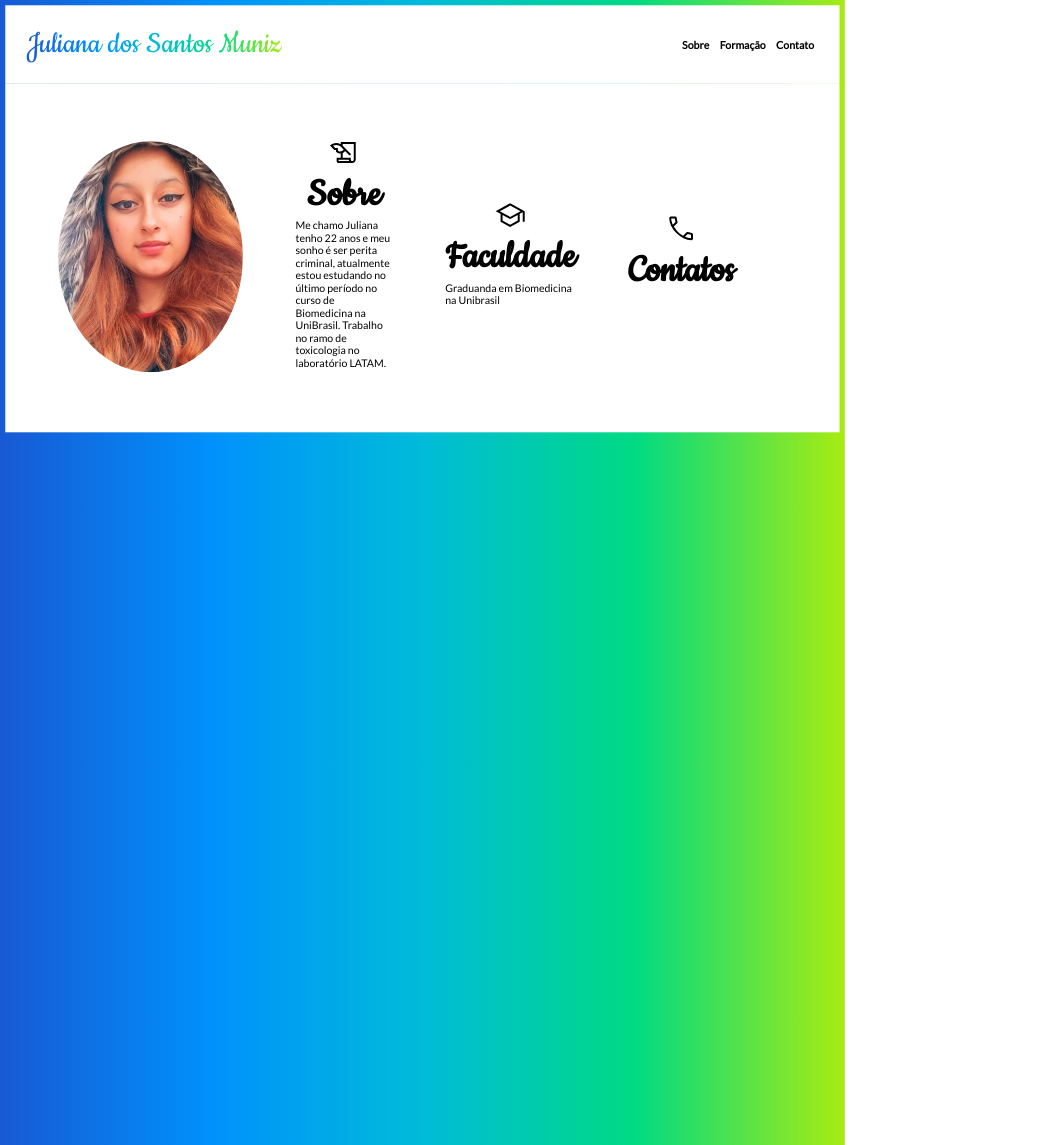
Repository: joaovnogueira/Portfolio-Juliana
Page: index.html
These files come from the project's save history. The page is drawn as it stood at one moment and after the next save; the edit follows.
The browser window is 1280 px wide. The page is 1280 px wide, then 1608 px, then 1280 px, so the pictures cover 1608 px, including what lies to the right of the window. The pictures show the whole page, at 66% of full size.

Above is the page before, as saved 2022-06-14 16:33:44.

After the next save:
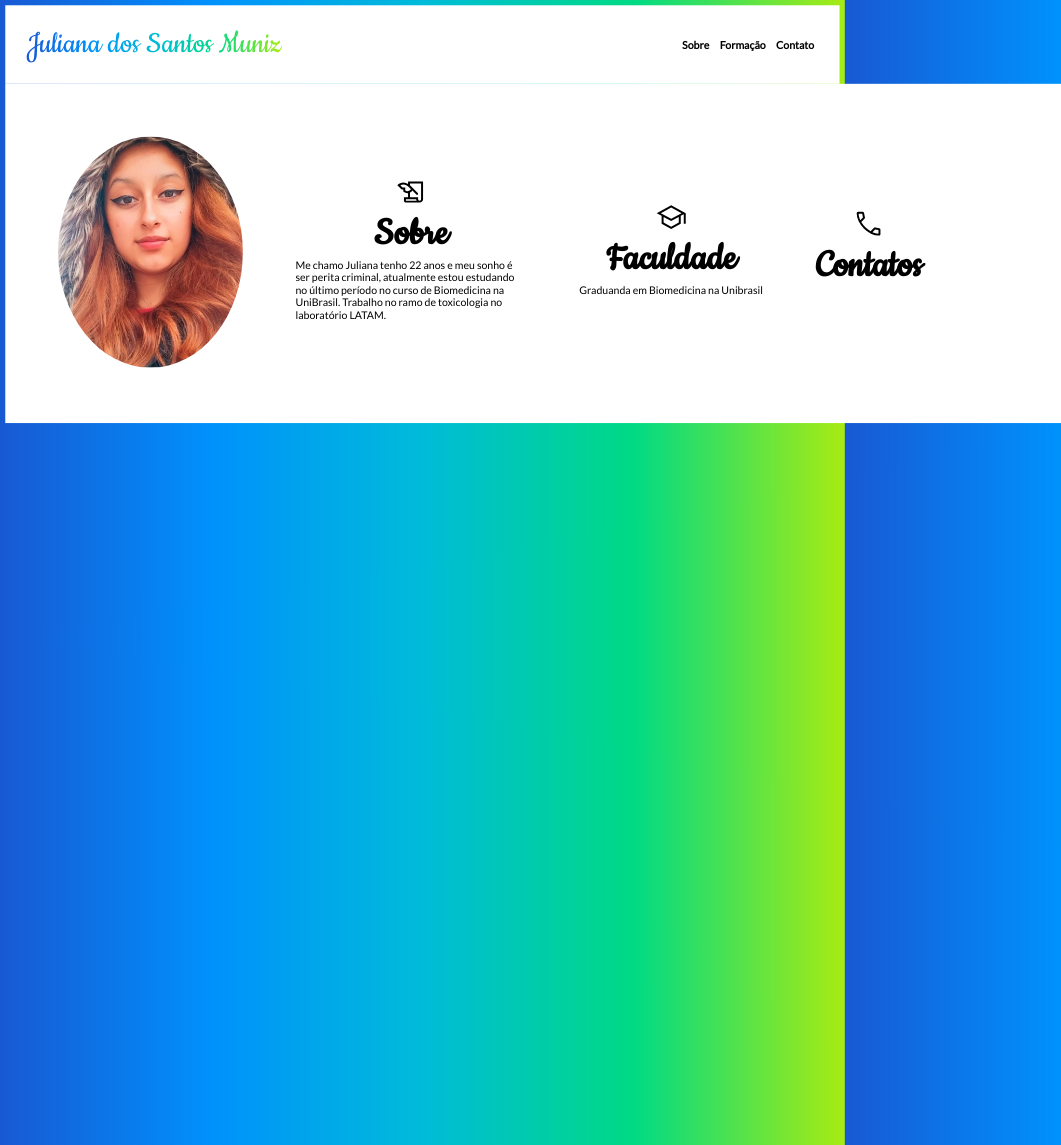
Saved 5 s later.
--- a/styles.css
+++ b/styles.css
@@ -43,7 +43,7 @@
 
 main{
     height: 100rem;
-
+    width: 100rem;
 }
 
 .perfil {

After the save that followed:
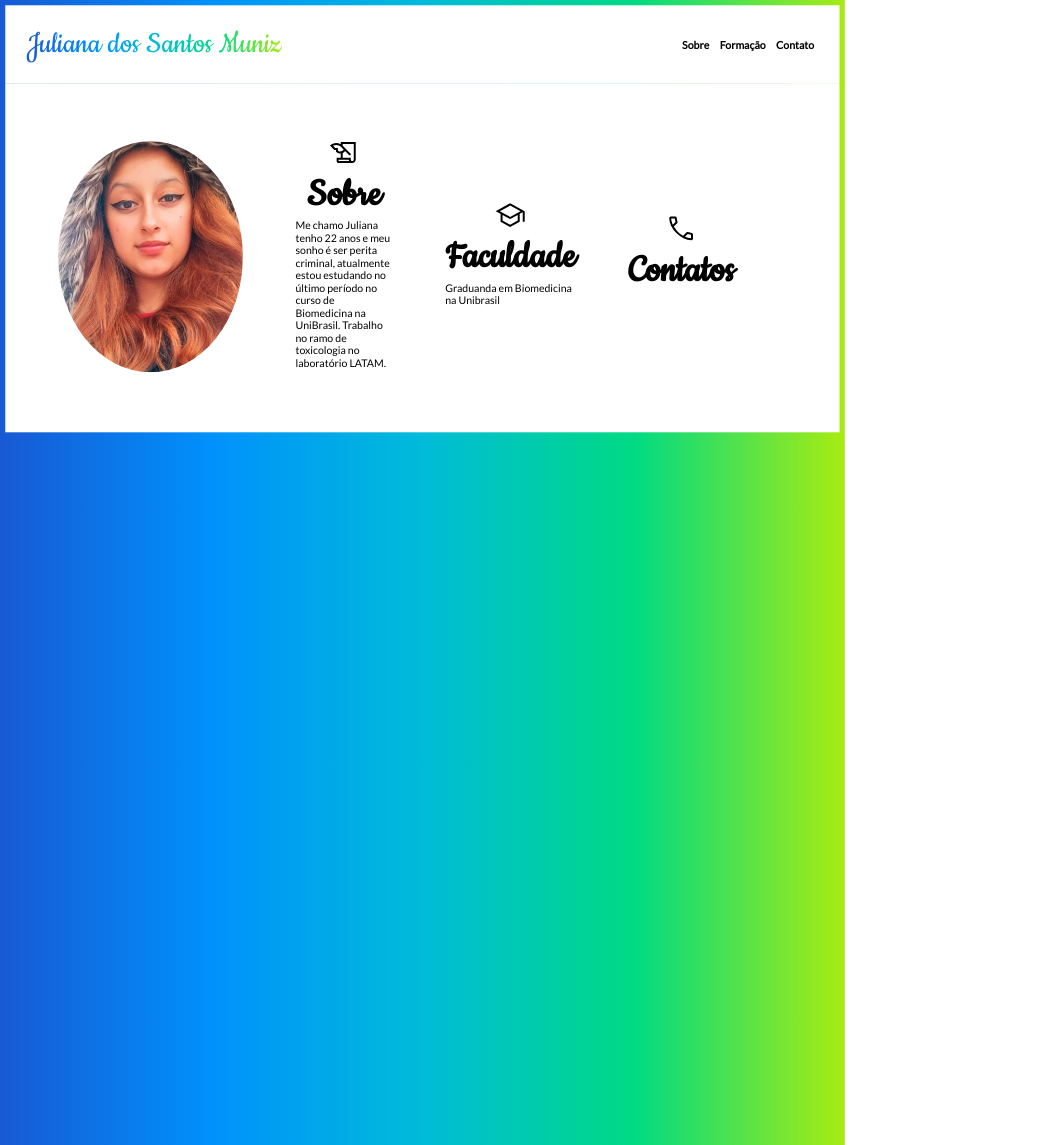
Saved 10 s later.
--- a/styles.css
+++ b/styles.css
@@ -43,7 +43,7 @@
 
 main{
     height: 100rem;
-    width: 100rem;
+    width: 100vp;
 }
 
 .perfil {
